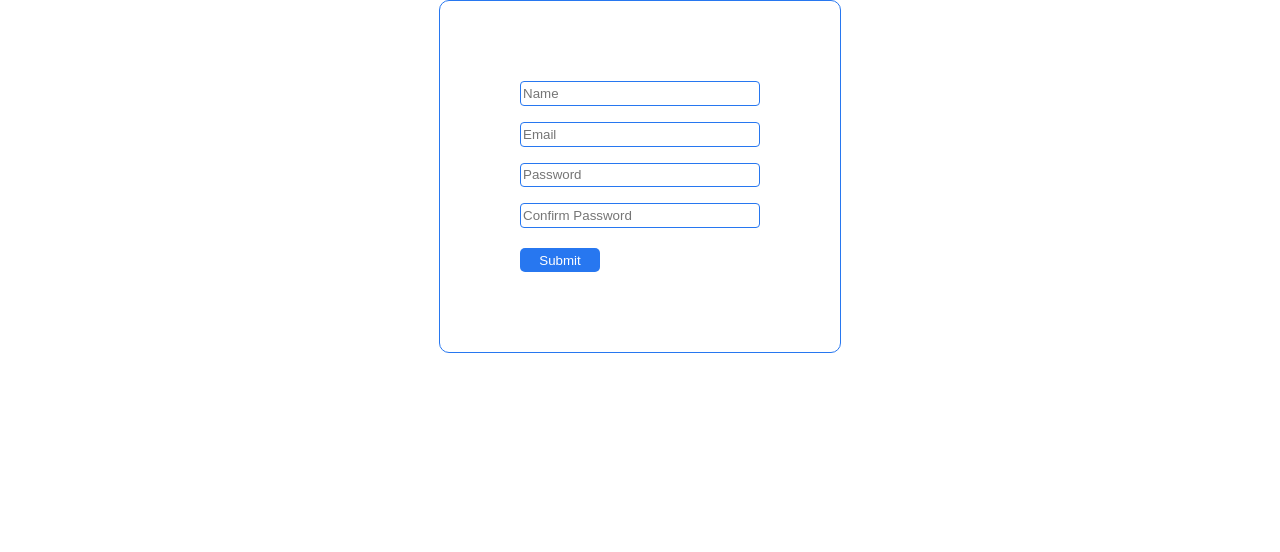
Repository: samuelp244/Ticket-Managment-System
Page: /signup (app in app/)
An editor plug-in stored every save of this project. The page is shown before and after the next save, followed by the edit.
The browser window is 1280 px wide. The pictures show the whole page.
The project was rebuilt for these pictures with package versions that can differ from the ones it lists, and the page was loaded fresh each time. Also part of the build but not shown: app/src/components/MainPage.css, app/src/components/MainPage.tsx.

Above is the page before, as saved 2022-08-17 21:11:01.

### app/src/App.tsx
import React from 'react';
import { BrowserRouter as Router, Route, Routes} from "react-router-dom"
import Footer from './components/Footer';
import SignUpComm from './components/forms/SignUpComm';

import MainPage from './components/MainPage';


function App() {
  return (
    <div className="">
      <Router>
        <Routes>
          <Route path="/" element={<MainPage/>}></Route>
          <Route path="/signup" element={<SignUpComm/>}></Route>
        </Routes>
      </Router>
      {/* <MainPage/>
      <SignUpComm/>
      <Footer/> */}
    </div>
  );
}

export default App;

### app/src/components/forms/SignUpComm.tsx
import React from 'react';
import './SignUpComm.css'

const SignUpComm = () => {
  return (
    <form>
        <div className='details'>
          <input type="text" placeholder='Name' required/>
          {/* <select name="account type" id="acct-type">
              <option value="customer">Individual</option>
              <option value="root-user">Organization</option>
          </select> */}
          <input type="email" placeholder='Email' required/>
          <input type="password" placeholder='Password' required/>
          <input type="password" placeholder='Confirm Password' required/>
        </div>
        <button type="submit">Submit</button>

    </form>
  )
}

export default SignUpComm

### app/src/components/forms/SignUpComm.css
form{
    margin:auto;
    margin-top: 40;
    padding: 5rem;
    border: 1px solid rgb(39, 119, 240);
    border-radius: 10px;
    width: 15rem;
    display: flex;
    flex-direction: column;


}

.details{
    display: flex;
    flex-direction: column;
    row-gap: 1rem;

}

button{
    margin-top: 20px;
    width: 5rem;
    height: 1.5rem;
    border-radius: 5px;
    color: rgb(255, 255, 255);
    background-color: rgb(39, 119, 240);
    border: none;

}

input{
    border: 1px solid rgb(39, 119, 240);
    height: 1.3rem;
    border-radius: 4px;
}

Loaded but not shown: app/public/index.html (common file); app/src/index.tsx (common file); app/src/index.css (common file)

After the next save:
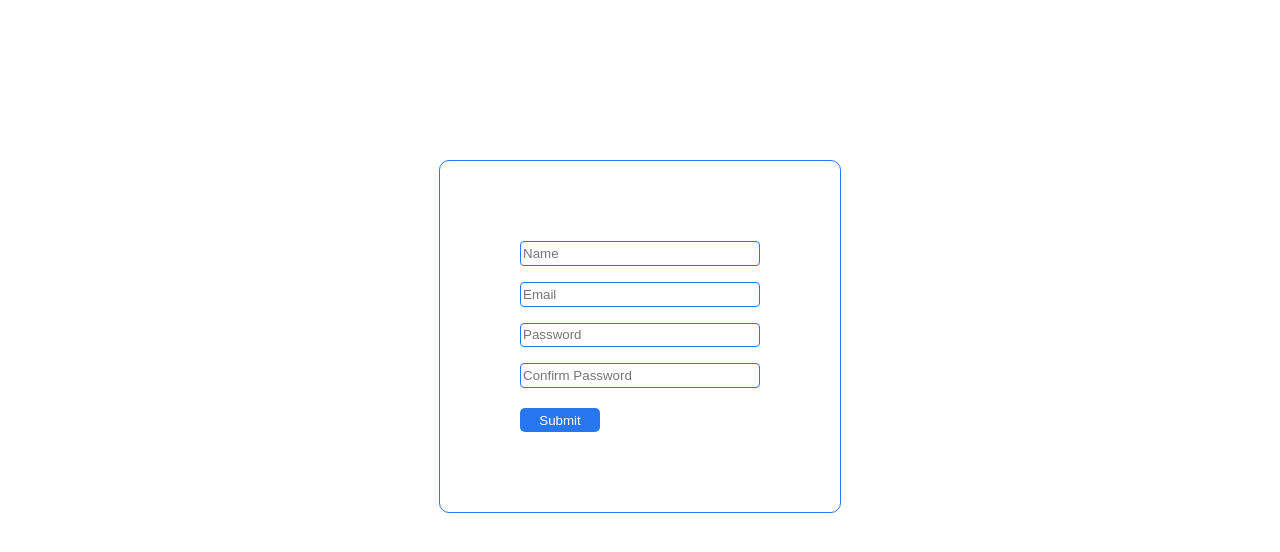
Saved 4 s later.
--- a/app/src/components/forms/SignUpComm.css
+++ b/app/src/components/forms/SignUpComm.css
@@ -1,6 +1,6 @@
 form{
     margin:auto;
-    margin-top: 40;
+    margin-top: 10rem;
     padding: 5rem;
     border: 1px solid rgb(39, 119, 240);
     border-radius: 10px;
